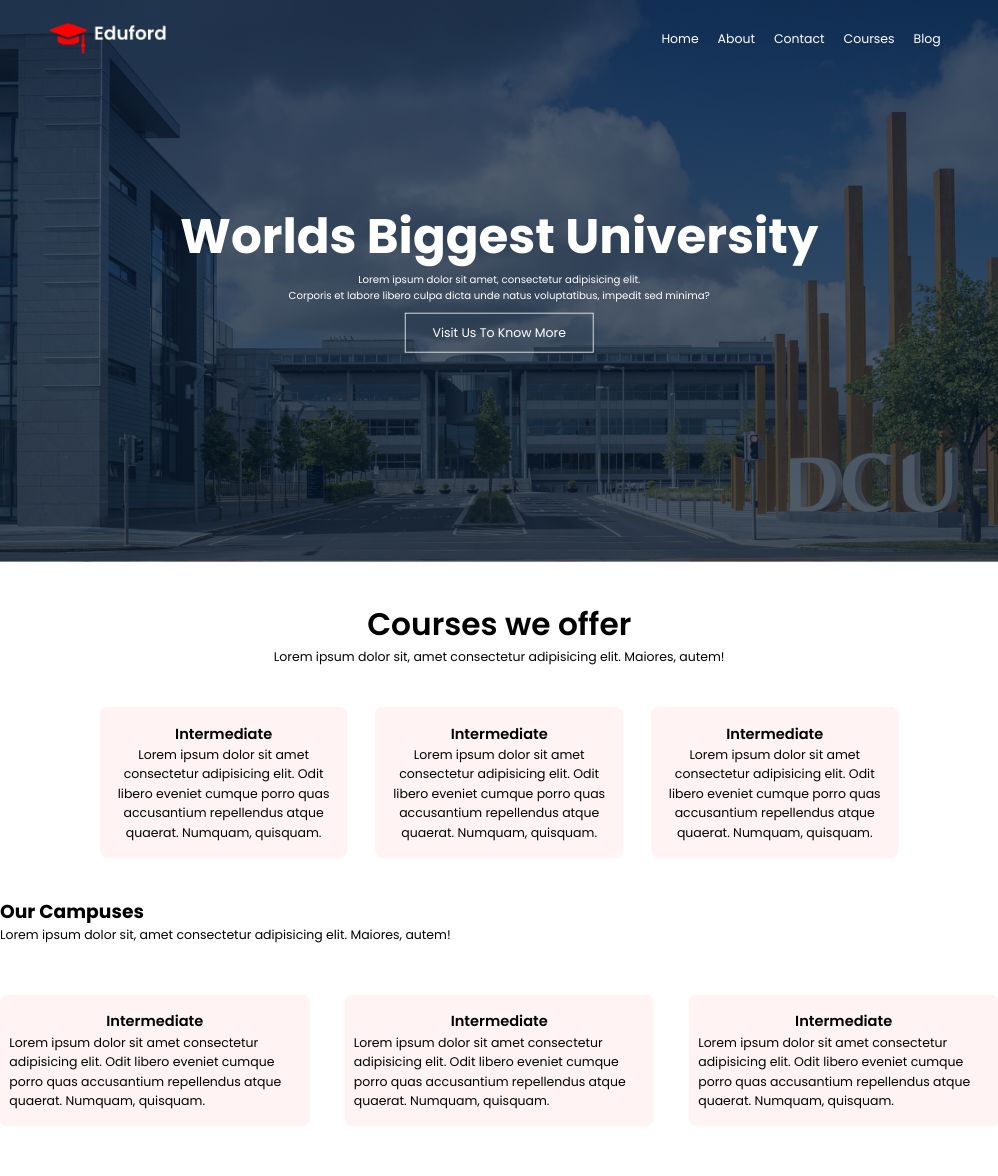
Repository: yashrajverma/Practise
Page: index.html
An editor plug-in stored every save of this project. The page is shown before and after the next save, followed by the edit.
The browser window is 1280 px wide. The pictures show the whole page, at 78% of full size.

Above is the page before, as saved 2021-04-27 12:21:41.

After the next save:
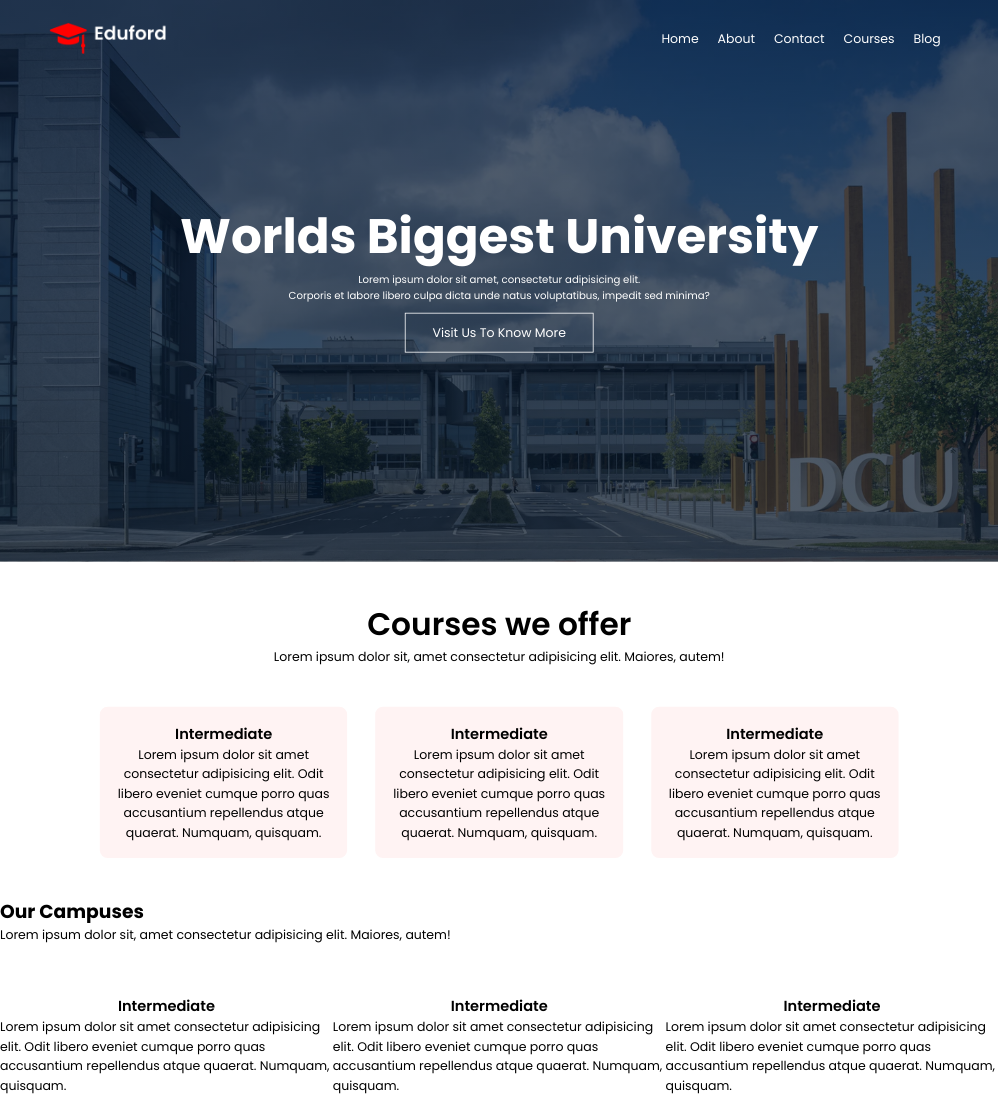
Saved 7 s later.
--- a/index.html
+++ b/index.html
@@ -72,17 +72,17 @@
       <h1>Our Campuses</h1>
       <p>Lorem ipsum dolor sit, amet consectetur adipisicing elit. Maiores, autem!</p>
       <div class="row">
-        <div class="course-col">
+        <div class="campus-col">
           <h3>Intermediate</h3>
           <p>Lorem ipsum dolor sit amet consectetur adipisicing elit.
             Odit libero eveniet cumque porro quas accusantium repellendus atque quaerat. Numquam, quisquam.</p>
         </div>
-        <div class="course-col">
+        <div class="campus-col">
           <h3>Intermediate</h3>
           <p>Lorem ipsum dolor sit amet consectetur adipisicing elit.
             Odit libero eveniet cumque porro quas accusantium repellendus atque quaerat. Numquam, quisquam.</p>
         </div>
-        <div class="course-col">
+        <div class="campus-col">
           <h3>Intermediate</h3>
           <p>Lorem ipsum dolor sit amet consectetur adipisicing elit.
             Odit libero eveniet cumque porro quas accusantium repellendus atque quaerat. Numquam, quisquam.</p>
